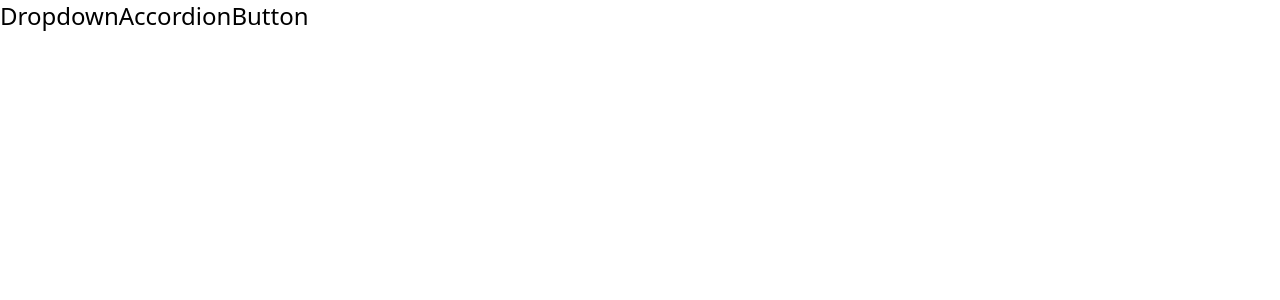
Repository: Marhamat92/reactroutefromstephen
Page: /
These files come from the project's save history. The page is drawn as it stood at one moment and after the next save; the edit follows.
The browser window is 1280 px wide. The pictures show the whole page.
The project was rebuilt for these pictures with package versions that can differ from the ones it lists, and the page was loaded fresh each time. Also part of the build but not shown: src/App.css, src/components/Dropdowns/DropDown.tsx, src/pages/dropdown/DropdownPage.tsx, src/components/Accordion/Accordion.tsx, src/pages/accordion/AccordionPage.tsx, src/components/Buttons/Button.tsx, src/pages/buttons/ButtonPage.tsx.

Above is the page before, as saved 2022-12-24 17:23:49.

After the next save:
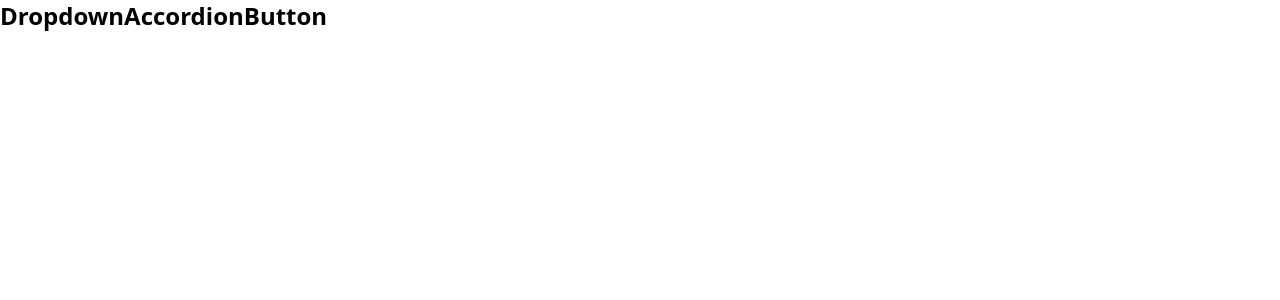
Saved 20 s later.
--- a/src/components/Link/Link.tsx
+++ b/src/components/Link/Link.tsx
@@ -18,7 +18,7 @@ function Link({ children, to }: Props) {
   };
 
   return (
-    <a className='text-2xl' href={to} onClick={handleClick}>
+    <a className='text-2xl font-bold' href={to} onClick={handleClick}>
       {children}
     </a>
   );
